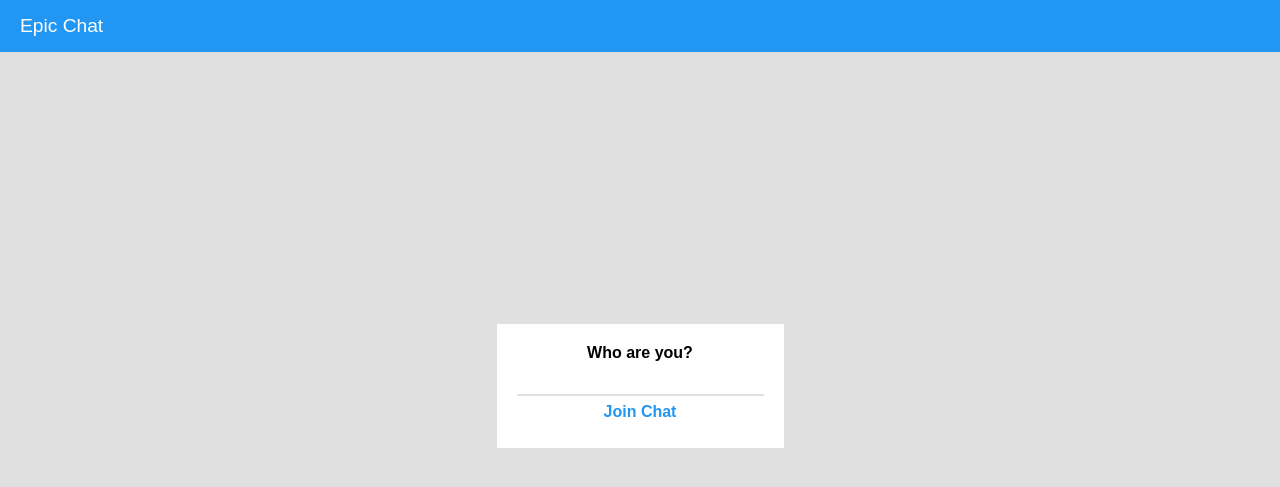
Repository: Saikrishna-jetti/chat
Page: /
The author's editor kept a copy of each file at every save. The page is drawn from the files as they stood at one save, then again after the next save.
The browser window is 1280 px wide. The pictures show the whole page.
The page's requests for data from a server got no answer. The project was rebuilt for these pictures with package versions that can differ from the ones it lists, and the page was loaded fresh each time. No one was signed in, and anything a server would have sent is missing. Also part of the build but not shown: angular.json.

Above is the page before, as saved 2019-10-15 11:54:02.

After the next save:
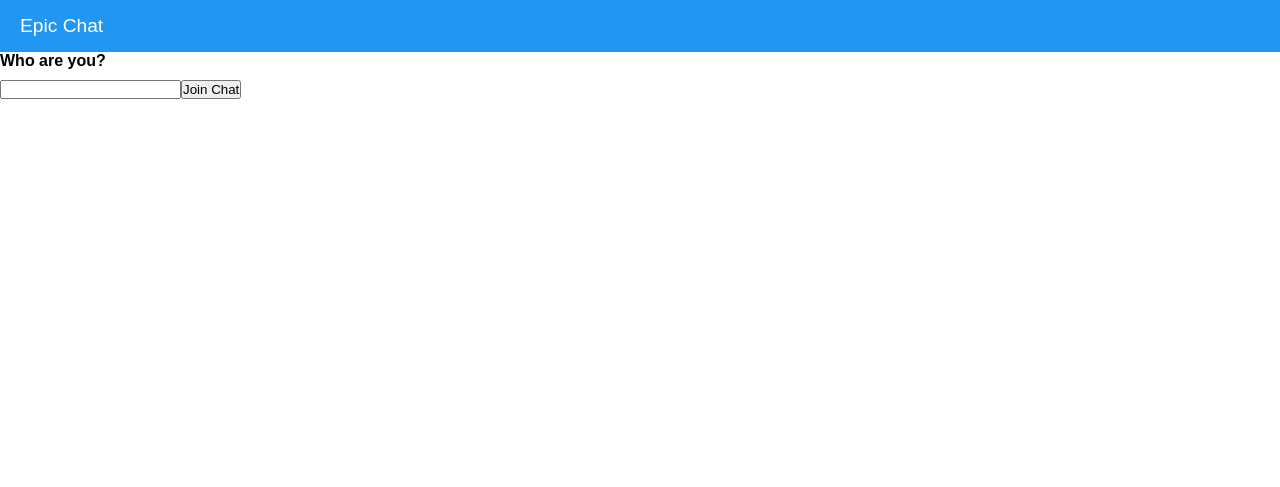
Saved 107 s later.
--- a/src/app/app.component.html
+++ b/src/app/app.component.html
@@ -1,6 +1,6 @@
 <div class="container">
   <div class="topbar">{{title}}</div>
-  <div *ngIf="!username" class="usernamebox">
+  <div *ngIf="!username" sclass="usernamebox">
     <div class="user">
         <p style="padding-bottom: 10px; font-weight: bold;">Who are you?</p>
         <form (submit)='addUser(user)'>

After the save that followed:
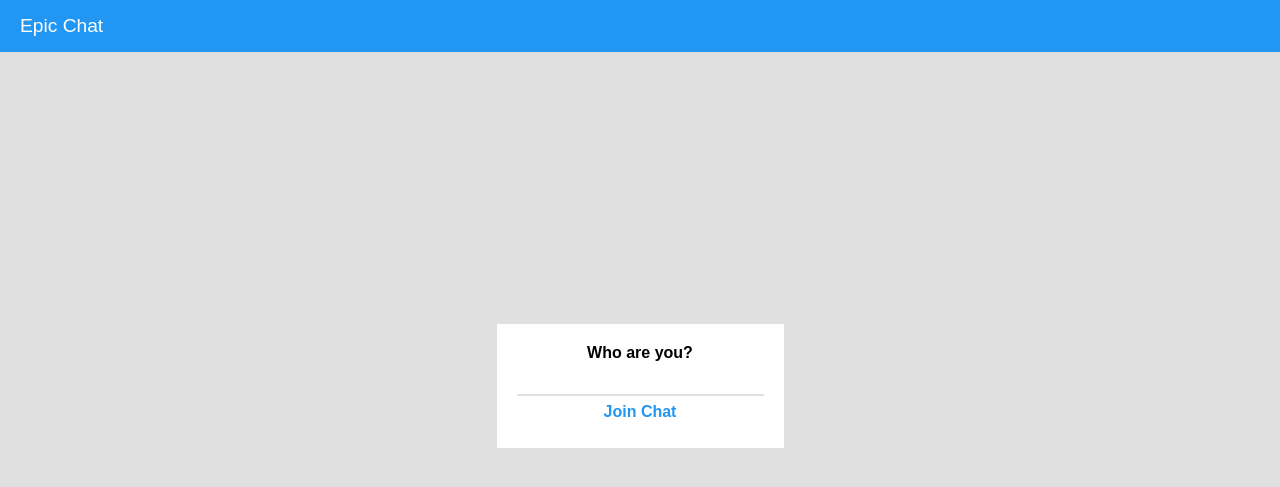
Saved 16 s later.
--- a/src/app/app.component.html
+++ b/src/app/app.component.html
@@ -1,25 +1,23 @@
 <div class="container">
-  <div class="topbar">{{title}}</div>
-  <div *ngIf="!username" sclass="usernamebox">
-    <div class="user">
-        <p style="padding-bottom: 10px; font-weight: bold;">Who are you?</p>
-        <form (submit)='addUser(user)'>
-            <input type="text" name="user" [(ngModel)]='user'>
-            <button type="submit">Join Chat</button>
-        </form>
+    <div class="topbar">{{title}}</div>
+    <div *ngIf="!username" class="usernamebox">
+      <div class="user">
+          <p style="padding-bottom: 10px; font-weight: bold;">Who are you?</p>
+          <form (submit)='addUser(username)'>
+              <input type="text" name="user" [(ngModel)]="username">
+              <button type="submit">Join Chat</button>
+          </form>
+      </div>
+    </div>
+    <div *ngIf= 'username' class="chatarea">
+      <div style="min-height: 0; overflow: scroll" id="scrolldiv">
+      <div *ngFor="let chat of chats; let i = index" class="chat" [class.notify]="chat.type == 'notify'" [class.me]="chat.user == username"><p>{{chat.message}}</p></div>
+      </div>
+    </div>
+    <div  *ngIf="username" class="inputarea">
+      <form (submit)="addChat()">
+          <input class="textbox" name="message" [(ngModel)]="message" type="text" autofocus autocomplete="off">
+          <button type="submit" class="sendbutton">Send</button>
+      </form>
     </div>
   </div>
-  <div *ngIf="username" class="chatarea">
-    <div style="min-height: 0; overflow: scroll" id="scrolldiv">
-    <div *ngFor="let chat of chats; let i = index" class="chat" [class.notify]="chat.type == 'notify'" [class.me]="chat.user == username">
-      <p><span class="username">{{chat.user}}</span>{{chat.message}}</p>
-    </div>
-    </div>
-  </div>
-  <div  *ngIf="username" class="inputarea">
-    <form (submit)="addChat()">
-        <input class="textbox" name="message" [(ngModel)]="message" type="text" autofocus autocomplete="off">
-        <button type="submit" class="sendbutton">Send</button>
-    </form>
-  </div>
-</div>
